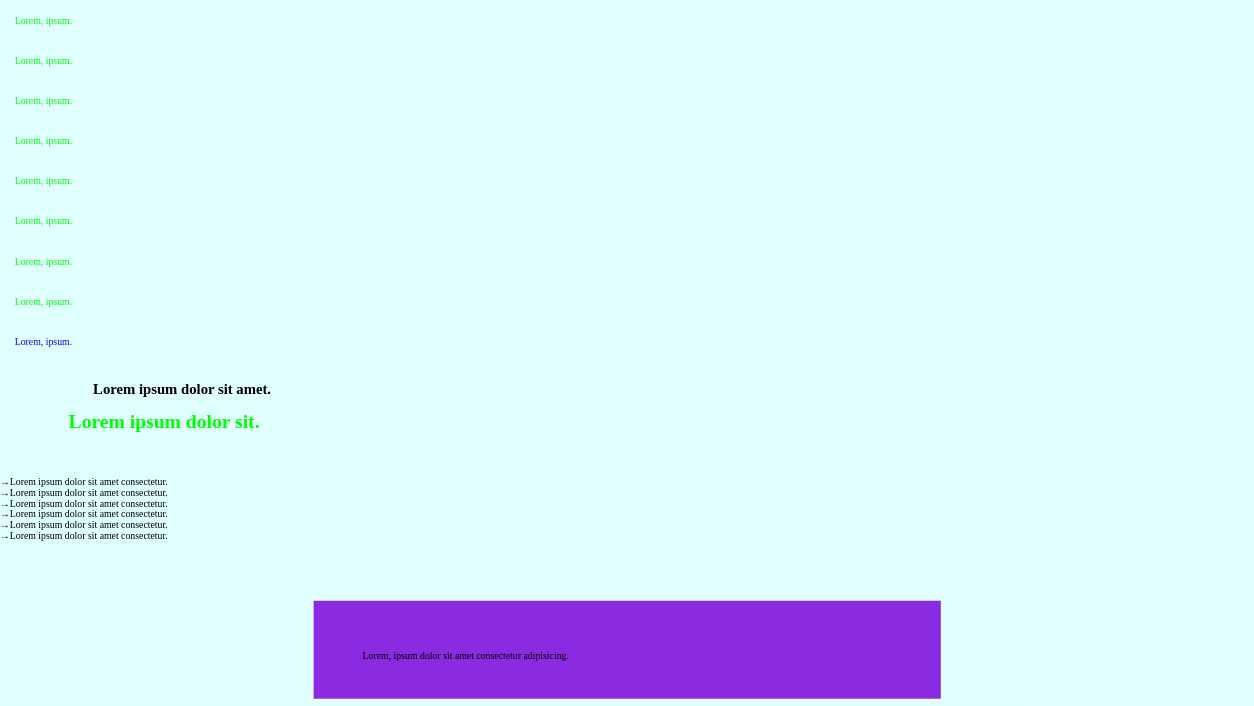
Repository: aSSasdy/assasdy.github.io
Page: index.html
An editor plug-in stored every save of this project. The page is shown before and after the next save, followed by the edit.
The browser window is 1280 px wide. The pictures show the whole page, at 98% of full size.

Above is the page before, as saved 2021-11-22 17:54:25.

After the next save:
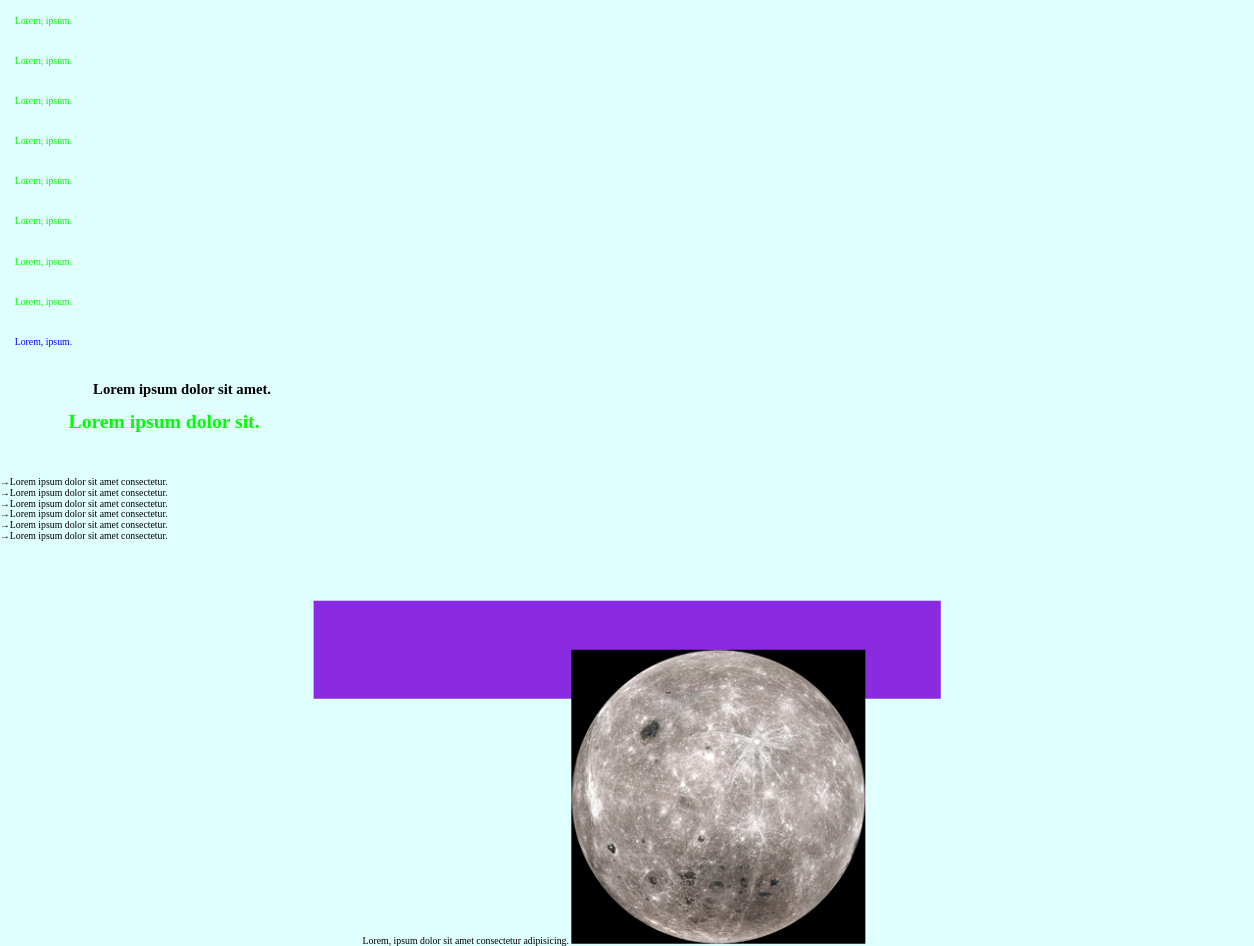
Saved 6 min 5 s later.
--- a/index.html
+++ b/index.html
@@ -34,6 +34,8 @@
         <li>Lorem ipsum dolor sit amet consectetur.</li>
     </ul>
     <br>
-    <div class="block-1">Lorem, ipsum dolor sit amet consectetur adipisicing.</div>
+    <div class="block-1">Lorem, ipsum dolor sit amet consectetur adipisicing.
+        <img src="img/Moon_farside_LRO_color_mosaic.png">
+    </div>
 </body>
 </html>

After the save that followed:
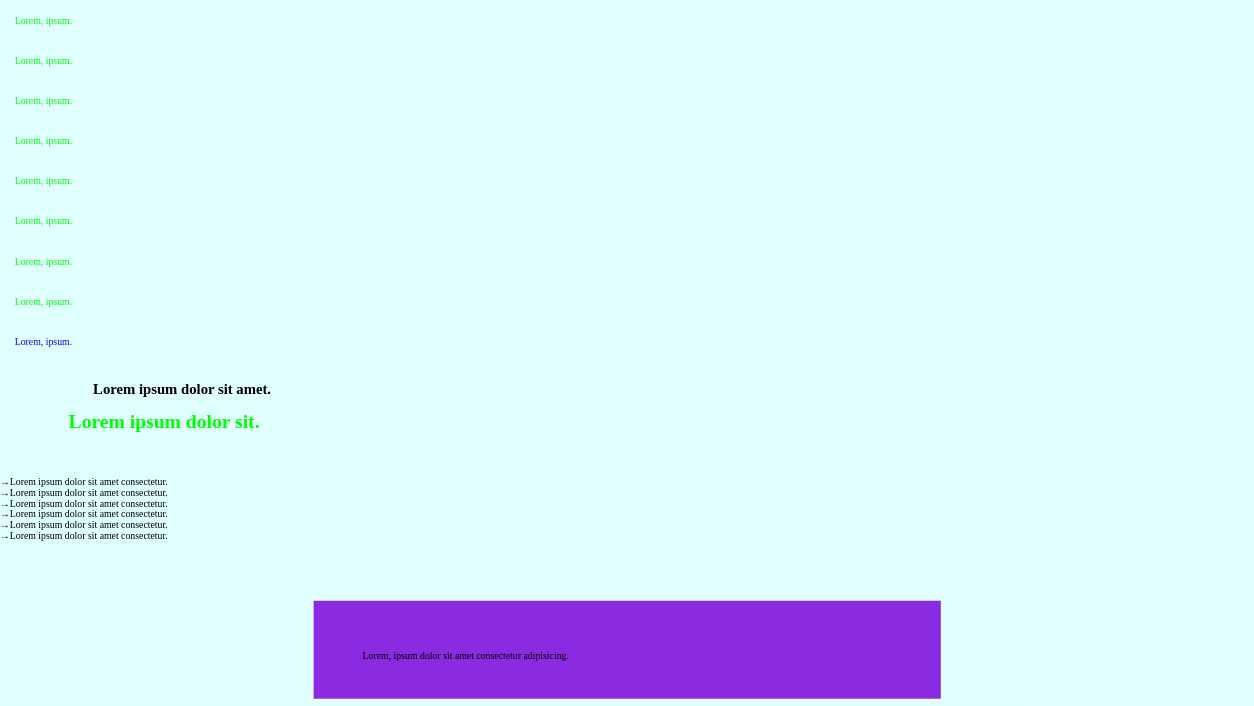
Saved 2 min 16 s later.
--- a/index.html
+++ b/index.html
@@ -35,7 +35,7 @@
     </ul>
     <br>
     <div class="block-1">Lorem, ipsum dolor sit amet consectetur adipisicing.
-        <img src="img/Moon_farside_LRO_color_mosaic.png">
+        <img src="img/Moon_farside_LRO_color_mosaic.png" style="height: 100%; width: 100%;">
     </div>
 </body>
 </html>
